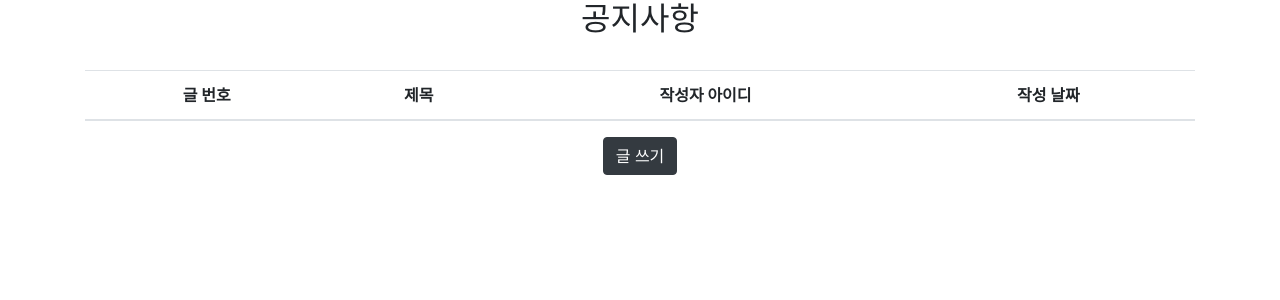
Repository: wlxo0401/JSPTeam
Page: http://localhost/JSPTest001/NoticeList.jsp
An editor plug-in stored every save of this project. The page is shown before and after the next save, followed by the edit.
The browser window is 1280 px wide. The pictures show the whole page.
The page is served by Tomcat 9. Other server files are loaded and not shown. Queries for data that is not in the repository find no rows.

Above is the page before, as saved 2019-12-17 08:53:52.

### JSPTest001/WebContent/NoticeList.jsp
<%@ page language="java" contentType="text/html; charset=EUC-KR" pageEncoding="EUC-KR"%>
<%@ page import="kr.ac.inhatc.DBConnect" %>
<%@ page import="java.sql.*" %>


<!DOCTYPE html>
<html>
<head>
<meta charset="EUC-KR">
<title>Insert title here</title>
<!-- Latest compiled and minified CSS -->
<link rel="stylesheet" href="https://maxcdn.bootstrapcdn.com/bootstrap/4.3.1/css/bootstrap.min.css">

<!-- jQuery library -->
<script src="https://ajax.googleapis.com/ajax/libs/jquery/3.4.1/jquery.min.js"></script>

<!-- Popper JS -->
<script src="https://cdnjs.cloudflare.com/ajax/libs/popper.js/1.14.7/umd/popper.min.js"></script>

<!-- Latest compiled JavaScript -->
<script src="https://maxcdn.bootstrapcdn.com/bootstrap/4.3.1/js/bootstrap.min.js"></script>
</head>
<body>
<%
//이용자 정보 변수 받아오기 및 초기화
String id = (String)session.getAttribute("__id");
if(id==null){
	id = "ID101";
}

//이용자 초기화 변수 선언
int textNo;
String name="";
String date="";

//게시글 개수 변수
int pNum = 10;
int sNum = 10;
int [][] tno = new int[pNum][sNum];
String[][] title = new String[pNum][sNum];
String[][] tname = new String[pNum][sNum];
String[][] tdate = new String[pNum][sNum];
String[][] tcontent = new String[pNum][sNum];
int textNum = 1;
int lastNum = 0;
int pCount = 0;
int sCount = 0;

//페이지 정보 받아오기 및 초기화
String tempPage = request.getParameter("_pageNum");
int pageNum = 1;
if(tempPage!=null){
	pageNum = Integer.parseInt(tempPage);
}

//DB연동 및 데이터 불러오기
Class.forName("oracle.jdbc.driver.OracleDriver");//1.DB드라이버잡기
	System.out.println("JoinCheck 드라이버잡기");
	Connection conn = DriverManager.getConnection(
			"jdbc:oracle:thin:@192.168.219.115:1521:xe", "jsptest", "1234");//2.커넥션객체생성해서 커넥트
	Statement stmt = conn.createStatement();//3.커넥트 객체로 stmt 객체를 만든다
	//글의 개수 불러오고 내용을 배열변수에 등록
	ResultSet rs = stmt.executeQuery("SELECT MAX(no) FROM textList");
	while(rs.next()){
		lastNum = rs.getInt(1);
	}
	stmt.executeQuery("SELECT COUNT(no) FROM textList");
	while(rs.next()){
		textNum = rs.getInt(1);
	}

	//글번호 초기화
	for(int i = 0 ; i < 10 ; i++){
		for(int j = 0 ; j < 10 ; j++){
			tno[i][j] = 0;
		}
	}

	//글 정보 불러오기
	rs = stmt.executeQuery("SELECT * FROM textList ORDER BY no DESC");

	//제어용 변수 선언
	int i = 0;
	int j = 0;
	while(rs.next()){
		tno[i][j] = rs.getInt("no");
		tname[i][j] = rs.getString("userid");
		title[i][j] = rs.getString("title");
		tcontent[i][j] = rs.getString("content");
		tdate[i][j] = (rs.getString("data")).substring(0, 10);
		j++;
		if(j>=10){
			j = 0;
			i++;
		}
	}
rs.close();
stmt.close();
conn.close();


%>

<div class="container">
  <center><h2>공지사항</h2></center>
  <br/>
  <table class="table">
    <thead align="center">
      <tr>
      	<th align="center">글 번호</th>
      	<th>제목</th>
        <th>작성자 아이디</th>
        <th>작성 날짜</th>
      </tr>
    </thead>
    <tbody align="center">
    <%
    for(i = 0 ; i < 10 ; i++){
    	if(title[pageNum-1][i]!=null){
    		out.print("<tr>");
    		out.print("<td>" + tno[pageNum-1][i] + "</td>");
    		out.print("<td><a href='ReadText.jsp?_tno=" + tno[pageNum-1][i] + "'>" + title[pageNum-1][i] + "</a></td>");
    		out.print("<td>" + tname[pageNum-1][i] + "</td>");
    		out.print("<td>" + tdate[pageNum-1][i] + "</td>");
    		out.print("</tr>");
    	}
    }
    %>
    </tbody>
  </table>
  <center><form action=WriteText.jsp method=post>
  <%

  %>
  <button type="submit" class="btn btn-dark">글 쓰기</button>
  </form></center>
  <!-- 페이지 번호 -->
  <center>
  <%
  for(i = 0 ; i < 10 ; i++){
	  if(title[i][0]!=null){
		  out.print("<a href='NoticeList.jsp?_pageNum=" + (i+1) + "'>" + (i+1) + "</a>");
	  }
  }
  %>
  </center>
</div>
</body>
</html>

After the next save:
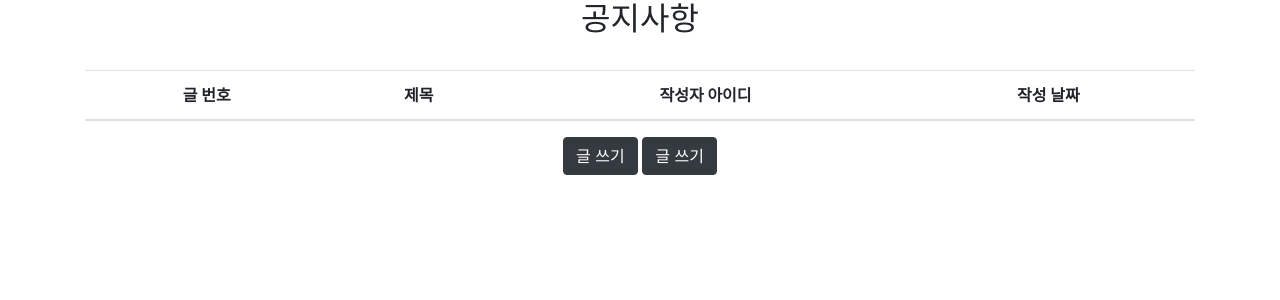
Saved 47 s later.
--- a/JSPTest001/WebContent/NoticeList.jsp
+++ b/JSPTest001/WebContent/NoticeList.jsp
@@ -130,7 +130,7 @@
   </table>
   <center><form action=WriteText.jsp method=post>
   <%
-
+  out.print("<button type='submit' class='btn btn-dark'>글 쓰기</button>");
   %>
   <button type="submit" class="btn btn-dark">글 쓰기</button>
   </form></center>

After the save that followed:
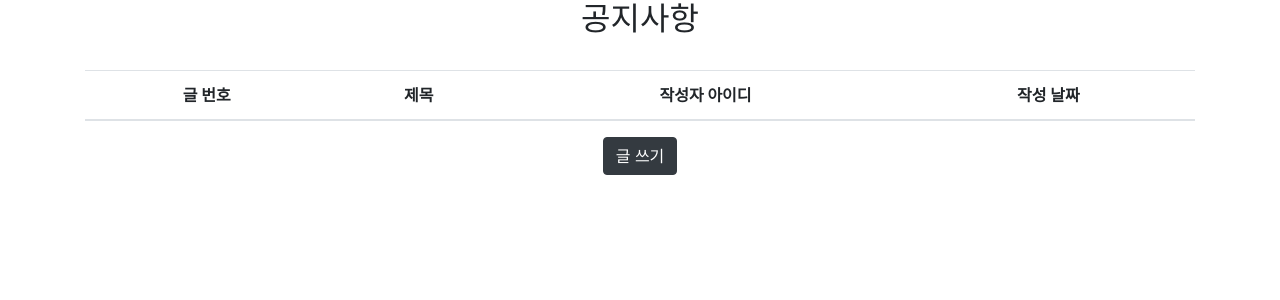
Saved 5 s later.
--- a/JSPTest001/WebContent/NoticeList.jsp
+++ b/JSPTest001/WebContent/NoticeList.jsp
@@ -132,7 +132,6 @@
   <%
   out.print("<button type='submit' class='btn btn-dark'>글 쓰기</button>");
   %>
-  <button type="submit" class="btn btn-dark">글 쓰기</button>
   </form></center>
   <!-- 페이지 번호 -->
   <center>
